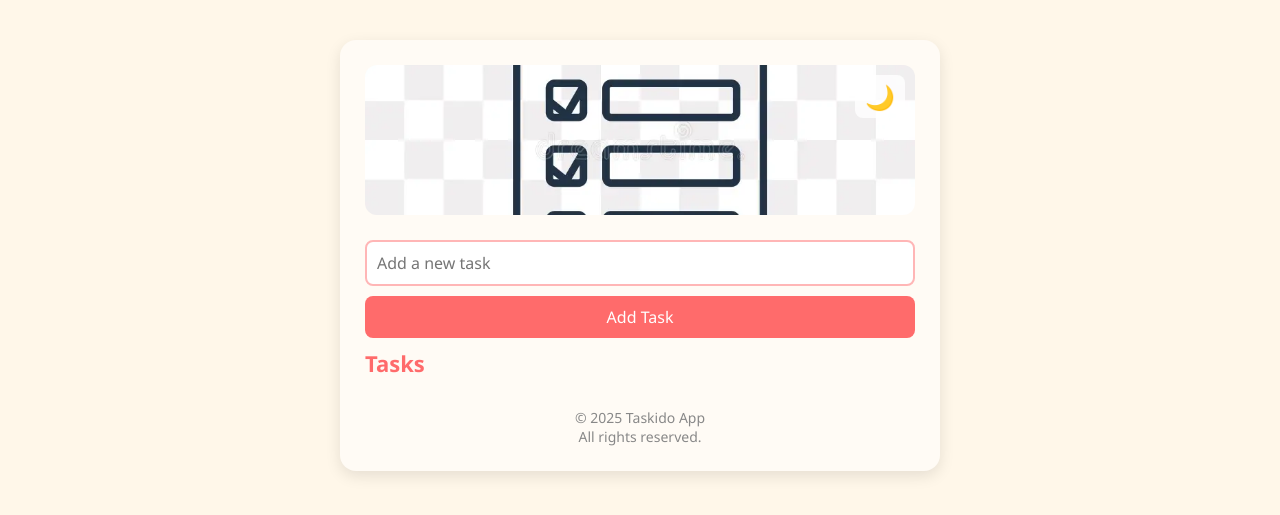
Repository: MenaEldeeb/To-Do-Iist
Page: index.html
These files come from the project's save history. The page is drawn as it stood at one moment and after the next save; the edit follows.
The browser window is 1280 px wide. The pictures show the whole page.

Above is the page before, as saved 2025-07-20 23:09:54.

### index.html
<!DOCTYPE html>
<html lang="en">
<head>
  <meta charset="UTF-8" />
  <meta name="viewport" content="width=device-width, initial-scale=1.0"/>
  <title>Taskido</title>
  <link rel="stylesheet" href="./css/styles.css" />
</head>
<body>
  <div id="container">

    <header id="hd">
      <img id="header-banner" src="images/tt.webp" alt="Header Banner" />
      <button id="dark-mode-toggle">🌙</button>
    </header>

    <main id="mn">
      <section id="mn__sect01">
        <input type="text" id="task-input" placeholder="Add a new task" />
        <button id="add-task-btn">Add Task</button>
        <p id="error-msg" class="error-msg hidden">Please enter a task!</p>
      </section>

      <section id="mn__sect02">
        <h2>Tasks</h2>
        <ol id="task-list"></ol>
      </section>
    </main>

    <footer id="ft">
      <p>© 2025 Taskido App</p>
      <p>All rights reserved.</p>
    </footer>

  </div>

  <script src="./js/app.js"></script>
</body>
</html>

### css/styles.css
* {
  margin: 0;
  padding: 0;
  box-sizing: border-box;
  font-family: "Segoe UI", sans-serif;
}

body {
  background-color: #fff7e9;
  color: #333;
}

#container {
  max-width: 600px;
  margin: 40px auto;
  padding: 25px;
  background-color: #fffbf5;
  border-radius: 16px;
  box-shadow: 0 5px 15px rgba(0, 0, 0, 0.1);
  transition: background-color 0.3s ease, color 0.3s ease;
}
#logo img {
  max-width: 100%;   /* لا تزيد عن عرض الحاوية */
  height: auto;      /* لتحافظ على نسبة الارتفاع */
  display: block;
  margin: 0 auto;    /* لتمركز الصورة أفقياً */
}


/* ✅ Header with full-size image */
header#hd {
  position: relative;
  margin-bottom: 25px;
  height: 150px;
  border-radius: 12px;
  overflow: hidden;
}

#header-banner {
  width: 100%;
  height: 100%;
  object-fit: cover;
  display: block;
}

/* 🌙 Dark mode toggle positioned top right */
#dark-mode-toggle {
  position: absolute;
  top: 10px;
  right: 10px;
  background: rgba(255, 255, 255, 0.8);
  border: none;
  cursor: pointer;
  font-size: 24px;
  border-radius: 8px;
  padding: 5px 10px;
}

/* --- باقي التنسيقات كما هي --- */

#task-input {
  width: 100%;
  padding: 10px;
  border: 2px solid #ffb6b6;
  border-radius: 8px;
  margin-bottom: 10px;
  font-size: 16px;
}

#add-task-btn {
  width: 100%;
  padding: 10px;
  background-color: #ff6b6b;
  color: white;
  border: none;
  font-size: 16px;
  border-radius: 8px;
  cursor: pointer;
  margin-bottom: 10px;
}

#add-task-btn:hover {
  background-color: #ff4b5c;
}

#mn__sect02 h2 {
  font-size: 22px;
  color: #ff6b6b;
  margin-bottom: 10px;
}

#task-list {
  list-style-type: none;
  padding-left: 0;
}

.task-item {
  background-color: #fff5f5;
  padding: 14px;
  margin-bottom: 12px;
  border-radius: 12px;
  box-shadow: 0 4px 10px rgba(0, 0, 0, 0.05);
  transition: background-color 0.3s ease, transform 0.2s ease;
}

.task-item:hover {
  background-color: #ffecec;
  transform: scale(1.01);
}

.task-item span {
  display: block;
  font-size: 18px;
  margin-bottom: 10px;
}

.task-item.completed span {
  text-decoration: line-through;
  color: #999;
  opacity: 0.7;
}

.complete-btn,
.remove-btn {
  padding: 8px 10px;
  margin-right: 10px;
  border: none;
  border-radius: 6px;
  cursor: pointer;
  font-size: 14px;
}

.complete-btn {
  background-color: #6bcb77;
  color: white;
}

.remove-btn {
  background-color: #ffd93d;
  color: #333;
}

.error-msg {
  color: #ff4b5c;
  font-size: 14px;
  font-weight: 600;
}

.hidden {
  display: none;
}

footer#ft {
  text-align: center;
  font-size: 14px;
  margin-top: 30px;
  color: #888;
}

/* Dark Mode */
#container.dark-mode {
  background-color: #1e1e2f;
  color: #eee;
}

#container.dark-mode #task-input {
  background-color: #333;
  border-color: #555;
  color: #eee;
}

#container.dark-mode #task-input::placeholder {
  color: #aaa;
}

#container.dark-mode #add-task-btn {
  background-color: #4a90e2;
}

#container.dark-mode #mn__sect02 h2 {
  color: #4a90e2;
}

#container.dark-mode .task-item {
  background-color: #2c2c3e;
}

#container.dark-mode .task-item:hover {
  background-color: #3a3a52;
}

#container.dark-mode .task-item span {
  color: #eee;
}

#container.dark-mode .error-msg {
  color: #ff6b6b;
}

/* Mobile */
@media (max-width: 600px) {
  #task-input,
  #add-task-btn {
    width: 100%;
  }

  .task-item span {
    font-size: 16px;
  }

  .complete-btn,
  .remove-btn {
    width: 100%;
    margin: 5px 0 0 0;
  }
}

/* Tablet */
@media (min-width: 601px) and (max-width: 1024px) {
  #task-input {
    width: 65%;
  }

  #add-task-btn {
    width: 30%;
    margin-left: 5%;
  }

  .task-item {
    flex-direction: column;
  }
}

### js/app.js
const taskInput = document.getElementById('task-input');
const addButton = document.getElementById('add-task-btn');
const taskList = document.getElementById('task-list');
const errorMsg = document.getElementById('error-msg');
const darkToggle = document.getElementById('dark-mode-toggle');
const container = document.getElementById('container');

let tasks = [];

function renderTasks() {
  taskList.innerHTML = '';
  tasks.forEach(task => {
    const li = document.createElement('li');
    li.className = 'task-item';
    if (task.completed) li.classList.add('completed');

    const span = document.createElement('span');
    span.textContent = task.text;

    const completeBtn = document.createElement('button');
    completeBtn.textContent = 'Complete';
    completeBtn.className = 'complete-btn';
    completeBtn.onclick = () => toggleTask(task.id);

    const removeBtn = document.createElement('button');
    removeBtn.textContent = 'X';
    removeBtn.className = 'remove-btn';
    removeBtn.onclick = () => removeTask(task.id);

    li.appendChild(span);
    li.appendChild(completeBtn);
    li.appendChild(removeBtn);

    taskList.appendChild(li);
  });
}

function addTask(text) {
  const newTask = {
    id: Date.now(),
    text,
    completed: false
  };
  tasks.push(newTask);
  renderTasks();
}

function toggleTask(id) {
  tasks = tasks.map(task =>
    task.id === id ? { ...task, completed: !task.completed } : task
  );
  renderTasks();
}

function removeTask(id) {
  tasks = tasks.filter(task => task.id !== id);
  renderTasks();
}

addButton.addEventListener('click', () => {
  const value = taskInput.value.trim();
  if (value === '') {
    errorMsg.classList.remove('hidden');
    return;
  }
  errorMsg.classList.add('hidden');
  addTask(value);
  taskInput.value = '';
});

taskInput.addEventListener('input', () => {
  if (taskInput.value.trim() !== '') {
    errorMsg.classList.add('hidden');
  }
});

darkToggle.addEventListener('click', () => {
  container.classList.toggle('dark-mode');
});

After the next save:
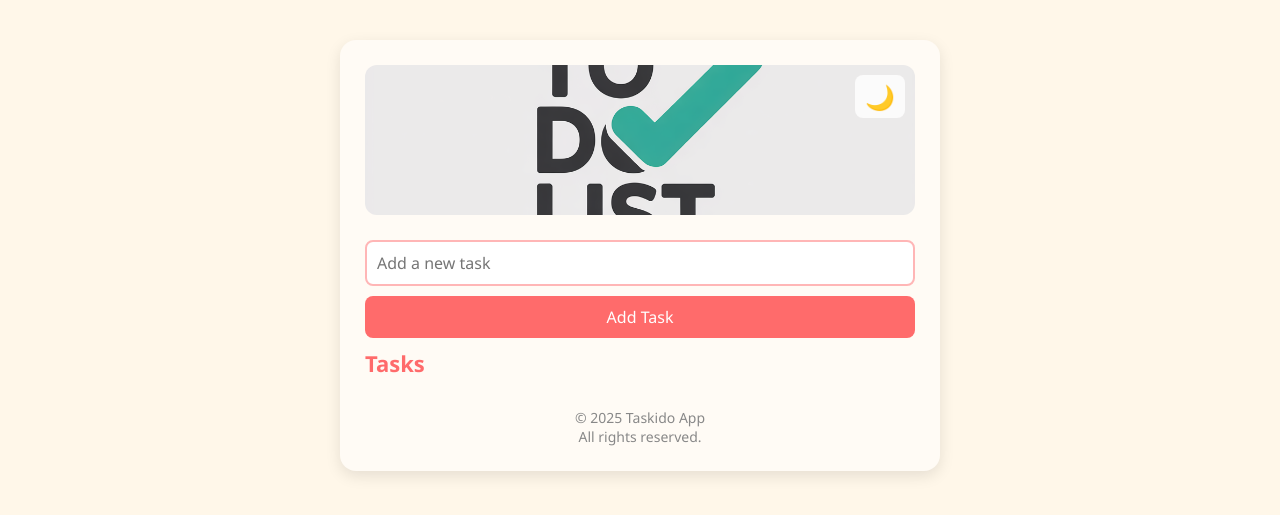
Saved 67 s later.
--- a/index.html
+++ b/index.html
@@ -10,7 +10,7 @@
   <div id="container">
 
     <header id="hd">
-      <img id="header-banner" src="images/tt.webp" alt="Header Banner" />
+      <img id="header-banner" src="images/l.webp" alt="Header Banner" />
       <button id="dark-mode-toggle">🌙</button>
     </header>
 
